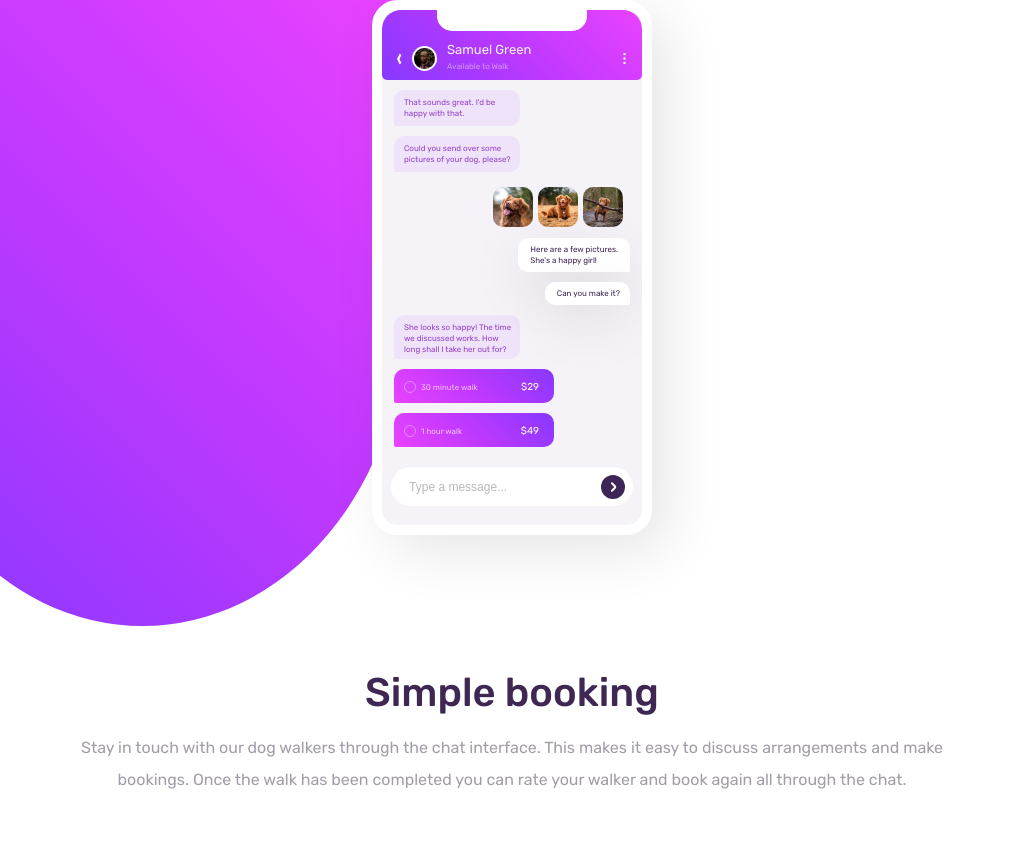
Repository: KamoliddinGIT/chat-app-css-illustration
Page: index.html
These files come from the project's save history. The page is drawn as it stood at one moment and after the next save; the edit follows.
The browser window is 1024 px wide. The pictures show the whole page.

Above is the page before, as saved 2023-09-25 20:05:38.

After the next save:
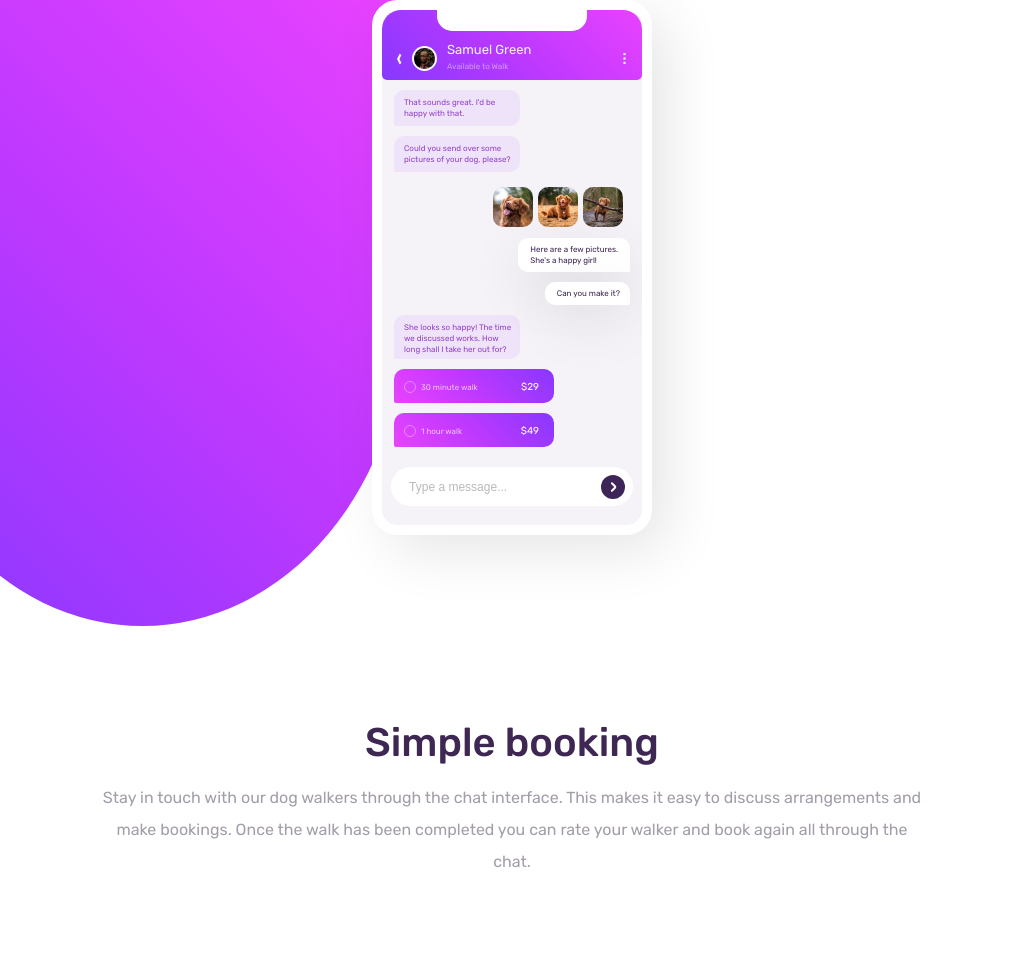
Saved 8 s later.
--- a/css/style.css
+++ b/css/style.css
@@ -288,7 +288,7 @@
     align-items: center;
     flex-direction: column;
     text-align: center;
-    padding: 50px;
+    padding: 100px;
     width: 100%;
   }
   .right-side h1 {
